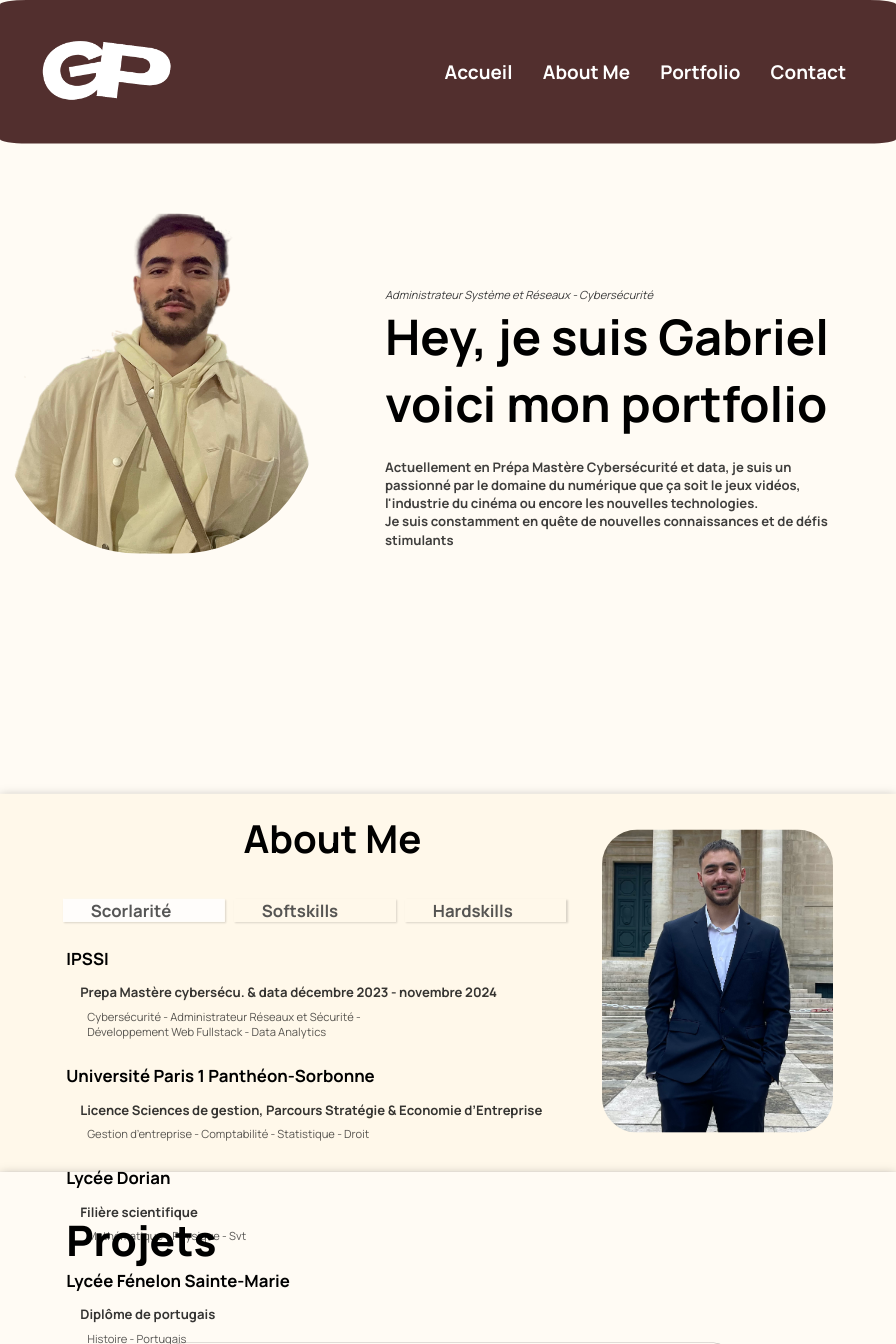
Repository: Gabtorinho25/Portfolio-Web-Site
Page: index.html
These files come from the project's save history. The page is drawn as it stood at one moment and after the next save; the edit follows.
The browser window is 1280 px wide. The pictures show the part of the page from y = 0 to 1920 px (the page is 3744 px tall), at 70% of full size.

Above is the page before, as saved 2024-04-17 16:05:28.

### index.html
<!DOCTYPE html>
<html lang="fr">
  <head>
    <meta charset="UTF-8" />
    <meta name="viewport" content="width=device-width, initial-scale=1.0" />
    <title>Portfolio de Gabriel Dos Santos</title>
    <link rel="stylesheet" href="style.css" />
    <link rel="preconnect" href="https://fonts.googleapis.com" />
    <link rel="preconnect" href="https://fonts.gstatic.com" crossorigin />
    <link
      href="https://fonts.googleapis.com/css2?family=Manrope:wght@200..800&display=swap"
      rel="stylesheet"
    />
    <link rel="icon" href="Image/Logo.png" />
    <link
      href="https://fonts.googleapis.com/css2?family=Bebas+Neue&display=swap"
      rel="stylesheet"
    />
  </head>
  <body>
    <header>
      <div class=" relative" id="header">
        <nav class="shadow-footer">
          <a href="http://127.0.0.1:5500/">
            <img class="logo white-filter-logo" src="/Image/Logo.png" alt="logo"
          /></a>
          <ul>
            <li><a href="http://127.0.0.1:5500/">Accueil</a></li>
            <li><a href="#AboutMe">About Me</a></li>
            <li><a href="#Portfolio">Portfolio</a></li>
            <li><a href="#Contact">Contact</a></li>
          </ul>
        </nav>
        <div class="PhotodeMoi">
          <img
            class="pictureofme"
            src="Image/profil-transformed.png"
            alt="Me"
          />
        </div>
        <div class="TextePresentation">
          <p class="italic">
            Administrateur Système et Réseaux - Cybersécurité
          </p>
          <h1 id="accroche">
            Hey, je suis
            <span
              class="marron hover-3"
              a
              href="https://www.linkedin.com/in/gabriel-dos-santos-59363b224/"
              >Gabriel</span
            >
            <br />
            voici mon portfolio
          </h1>
          <h3>
            Actuellement en Prépa Mastère Cybersécurité et data, je suis un
            passionné par le domaine du numérique que ça soit le jeux vidéos,
            l'industrie du cinéma ou encore les nouvelles technologies. <br />Je
            suis constamment en quête de nouvelles connaissances et de défis
            stimulants
          </h3>
        </div>
      </div>
    </header>
    <main>
      <!-- AboutMe -->
      <section id="AboutMe" class="shadow">
        <div class="row">
          <div class="colonne1">
            <h1 class="AboutMeTitre">About Me</h1>
            <div id="scolarité" class="onglet displayed" data-anim="1">
              <h2>Scorlarité</h2>
            </div>
            <div id="softskills" data-anim="2" class="onglet">
              <h2>Softskills</h2>
            </div>
            <div id="hardskills" class="onglet" data-anim="3">
              <h2>Hardskills</h2>
            </div>

            <div class="contenu displayedContenu" data-anim="1">
              <h2>IPSSI</h2>
              <h3>
                Prepa Mastère cybersécu. & data décembre 2023 - novembre 2024
              </h3>
              <p>
                Cybersécurité - Administrateur Réseaux et Sécurité -
                Développement Web Fullstack - Data Analytics
              </p>

              <h2>Université Paris 1 Panthéon-Sorbonne</h2>
              <h3>
                Licence Sciences de gestion, Parcours Stratégie & Economie
                d’Entreprise
              </h3>
              <p>Gestion d’entreprise - Comptabilité - Statistique - Droit</p>

              <h2>Lycée Dorian</h2>
              <h3>Filière scientifique</h3>
              <p>Mathématique - Physique - Svt</p>

              <h2>Lycée Fénelon Sainte-Marie</h2>
              <h3>Diplôme de portugais</h3>
              <p>Histoire - Portugais</p>
            </div>

            <div class="contenu" data-anim="2">
              <h2>- Discipline</h2>
              <h2>- Rigeur</h2>
              <h2>- Travail d'équipe</h2>
              <h2>- Motiver</h2>
              <h2>- Curieux</h2>
              <h2>- Résilient</h2>
            </div>

            <div class="contenu flex" data-anim="3">
              <div class="secu flex">
                <h2>Sécurité, réseau et télécom 🔒🌐</h2>
                <p>Wireshark</p>
                <p>Cryptographie - Fondamentaux</p>
                <p>Reverse engineering</p>
                <p>OWASP</p>
                <p>reverse engineering</p>
                <p>Cisco</p>
                <p>AWS - Architecture Cloud Computing</p>
                <p>AZURE – Déploiement de service Cloud</p>
                <p>Conteneurisation LXC et Docker</p>
                <p>Windows Server</p>
                <p>Virtualisation</p>
                <p>Virtualisation en cluster avec PROXMOX</p>
                <p>Linux</p>
              </div>
              <div class="secu flex" data-anim="3">
                <h2>Dev Fullstack 🐍💻</h2>
                <p>HTML/CSS</p>
                <p>JavaScript</p>
                <p>Python</p>
                <p>PHP</p>
                <p>SQL</p>
                <p>Node.js</p>
              </div>
            </div>
          </div>
          <div class="colonne2">
            <img id="AboutMePicture" src="Image/AboutMe.jpg" alt="AboutMe" />
          </div>
        </div>
      </section>
      <!-- Fin about me -->
      <!-- Portfolio -->
      <section id="Portfolio" class="shadow">
        <h1 class="Portfolio_titre">Projets</h1>
        <div class="slider-container slider-1">
          <div class="slider">
            <div class="FirstSlide Slide">
              <img class="projet1" src="/Image/Projet 1.PNG" alt="" />
              <h2 class="textport">Portfolio</h2>
            </div>
            <div class="SecondSlide Slide">
              <a href="/Projets/Projet_Proxmox.pdf" download=""
                ><img class="projet2" src="/Image/Proxmox.jpeg" alt=""
              /></a>
              <h2 class="textport">Infrastructure Proxmox</h2>
            </div>
            <div class="ThirdSlide Slide">
              <a href="/Projets/Projet_API.pdf" download=""
                ><img class="projet3" src="/Image/API.png" alt=""
              /></a>
              <h2 class="textport">API sécurisée</h2>
            </div>
            <div class="FirstSlide Slide">
              <img class="projet1" src="/Image/Projet 1.PNG" alt="" />
              <h2 class="textport">Portfolio</h2>
            </div>
          </div>
        </div>
      </section>
      <!-- Fin Portfolio -->
      <!-- Contact  -->
      <section id="Contact" class="shadow">
        <form class="container shadow">
          <div class="row-titre">
            <h1 id="Contact-Titre">Contact</h1>
          </div>

          <div class="row">

          </div>
          <div class="row input-container">
            <div class="col-xs-12">
              <div class="styled-input wide">
                <input type="text" required />
                <label>Votre Nom</label>
              </div>
            </div>
            <div class="col-md-6 col-sm-12">
              <div class="styled-input">
                <input type="text" required />
                <label>Email</label>
              </div>
            </div>
            <div class="col-md-6 col-sm-12">
              <div class="styled-input" style="float: right">
                <input type="text" required />
                <label>Téléphone</label>
              </div>
            </div>
            <div class="col-xs-12">
              <div class="styled-input wide">
                <textarea required></textarea>
                <label>Votre Message 😁 </label>
              </div>
            </div>
            <button class="custom-btn btn-5" type="submit" id="Send">
              Envoyer <span class="first"></span>
              <span class="second"></span>
              <span class="third"></span>
              <span class="fourth"></span>
            </button>
          </div>
        </form>
        <!-- Social Media Button -->
      </section>
    </main>
    <footer>
      <section id="Medias" >
        <div class="container-medias shadow-footer">
          <div class="center" >
            <a  class="center" href="https://www.linkedin.com/in/gabriel-dos-santos-59363b224/"><img  class="media1 white-filter" src="/Image/Linkedin.png" alt=""></a>
          </div>
          <div class="center">
            <a  class="center" href="https://github.com/Gabtorinho25"> <img class="media2 white-filter" src="/Image/git.png" alt=""></a>
          </div>
          <div class="center">
            <a  class="center" href="https://www.instagram.com/gabtorinhomamn?igsh=MXExemY5amhvMnpnZg%3D%3D&utm_source=qr"><img class="media3 white-filter" src="/Image/insta.png" alt=""></a>
          </div></a>
        </div>

      </section>
    </footer>
    <script src="js\script.js"></script>
  </body>
</html>

### style.css
* {
  margin: 0;
  padding: 0;
  font-family: "Manrope", sans-serif;
  box-sizing: border-box;
}

body {
  background-color: #fffbf4;
  color: white;
}




header {
  width: 100%;

}


.logo {
  width: 200px;
}

.profil {
  border-radius:70%;
  width: 25%;
}
.container{
    padding: 7px 7%;
}

nav {
  border-radius: 3%;
    background-color: rgba(56, 17, 17, 0.865);
    padding: 0% 4% 0% 4%;
    display: flex;
    align-items: center;
    justify-content: space-between;
    flex-wrap: wrap;

}

nav ul li{
    display: inline-block;
    list-style: none;
    margin: 10px 20px;
    align-items: center;
    justify-content: space-between;
    flex-wrap: wrap;
}


nav ul li a{
    list-style-type: none;
    color:#ffffff;
    font-family: "Manrope", sans-serif;
    font-optical-sizing: auto;
    font-size: 27px;
    font-weight:700;
    text-decoration:none;
}

a:hover{
  text-decoration: underline;
}

.flotte{
  float: left;
}

.TextePresentation p{
  color: #3f3f3f;
}

h1{
  color: black;

}

.italic{font-style: italic;}

#ParaphMe{
  width: 600px;
}
.relative{
  position: relative;

}
.pictureofme{

    width: 100%;
    z-index: -1;
     border-radius: 200px;
     top: 80px;
    right: 3%;

}
.PhotodeMoi{
  padding-top: 100px;
    width: 455px;
    height: 455px;
}

.TextePresentation{
  padding-top: 100px;
position: relative;
bottom: 350px;
width: 100%;
color: aqua;
padding-left:550px;
}

.marron{
  color: #AB7D63;
}

#accroche{
  font-size: 70px;
  color: #000000;
}

.Présentation{
  display: inline-block;
}


 /* STYLE POUR HOVER */
 .hover-3 {
  --b: 0.1em;
  --c:#AB7D63;

  color: #0000;
  padding-block: var(--b);
  background:
    linear-gradient(var(--c) 50%,#000 0) 0% calc(100% - var(--_p,0%))/100% 200%,
    linear-gradient(var(--c) 0 0) 0% var(--_p,0%)/var(--_p,0%) var(--b) no-repeat;
  -webkit-background-clip: text,padding-box;
          background-clip: text,padding-box;
  transition: .3s var(--_s,0s) linear,background-size .3s calc(.3s - var(--_s,0s));
}
.hover-3:hover {
  --_p: 100%;
  --_s: .3s;
}

.TextePresentation h3{
  padding-top: 30px;
  display: flex;
  text-align: left;
  width: 90%;
  color: #000000c0;
}

/* ABOUT ME */

#AboutMe{
  background-color:  #fff8ea;
  padding: 4% 7%;
  height: 33%;
}

.row{
  display: flex;  /* pour que les divs enfants à l'intérieur soit disposé en ligne quand elles ont assez de place */
  justify-content: space-between; /* pour qu'il est un espace entre les deux divs enfants*/
  flex-wrap: wrap;

}

#AboutMePicture{
  width: 100%;
  border-radius: 50px;
}

.colonne1 {
  width: 70%;

}
.colonne2{
width: 30%;
}

.AboutMeTitre{
  text-align: center;
  margin-bottom: 3%;
  font-size: 55px;
  position: relative;
  bottom: 25px;
}

h2 {
  color:#383837d8;
  padding-left: 40px;
}
#softskills,#hardskills,#scolarité {
  display: inline-flex;
  justify-content: left;
  width: 30%;
  margin-right: 10px;

}



.onglet{
  cursor: pointer;
  box-shadow: rgba(0, 0, 0, 0.15) 1.95px 1.95px 2.6px;
}

.contenu{
  position: absolute;
  opacity: 0;
}


.contenu p{
  width: 60%;
  text-align: left;
  justify-content: center;
  padding: 5px 0px 0px  35px  ;
  color: #000000a7;
}

.contenu h2 {
  color: #000000;
  padding: 35px 0px 15px  5px  ;

}

.contenu h3 {
  padding: 5px 0px 5px  25px  ;
  color: #000000ca;
}

.secu {
  margin-right: 10%;

}
.flex{

  width: 35%;
  display: flex;
  align-items: flex-start;

  flex-wrap: wrap;
}

/* Apparition du contenu */

.displayed{
  background-color:#ffffffcb
}

.displayedContenu
{
  flex-direction: row;
  width: 60%;
animation: fade 1s forwards;
}

@keyframes fade {

  from {
    opacity: 0;
  }
  to{
    opacity: 1;
  }
}

/* Porfolio */

#Portfolio{
  background-color: #fffbf4;
  padding: 4% 7%;
  height: 33%;

}

.Portfolio_titre{
  width: 10%;
  padding: 5px 5px ;
  font-weight: 900;
  display: flex;
  font-size: 60px;
  text-align: right;
 justify-content: left;

}

.shadow{box-shadow: rgba(0, 0, 0, 0.35) 0px 5px 15px;}
.slider-1{

  max-width: 75%;
  margin: 100px auto;
  border: 1px solid rgba(152, 145, 145, 0.581);
  border-radius: 5%;
   overflow: hidden;/*Tout ce qui dépasse est caché */
}

.slider-1 .Slide {


 flex-shrink: 0;
 width: 100%;
 flex-wrap: wrap;
 flex-direction: row;
 text-align: center;
 font-size: 50px;
  padding: 17px 0px;
}
.FirstSlide, .SecondSlide, .ThirdSlide {color: #000;}

.textport{
  background: #8d634b;
  text-align: center;
  color: #ffffff;

}

.projet1 {width: 100%;
}

.projet2{width: 58.7%; }

.projet3{width: 46.35%; }

.slider{ display: flex;
animation: slider-1 10s infinite ease-in-out;}


/* Animation du slider */
/*
   10% par transition, nombre choisi arbitrairement.

   reste divisé par nb de pauses
   70(%) / 3 = 23.33(%) par pause */


@keyframes slider-1 {
  0%,
  23.33% {
    transform: translateX(0);
  }
  33.33%,
  56.66% {
    transform: translateX(-100%);
  }
  66.66%,
  89.99% {
    transform: translateX(-200%);
  }
  100% {
    transform: translateX(-300%);
  }
}

/* Contact */

.container-formulaire{
width: 100%;
height: 33%;
background: #ffff;
display: flex;
align-items: center;/*  aligner dans la ligne la plus au milieu page */
justify-content: center; }/* aligner dans la colonne la plus au centre */


.Contact-titre{
  font-family: "Bebas Neue", sans-serif;
  font-weight: 400;
  font-style: normal;
}

.Formulaire{
  display:flex;
  flex-direction: column;
}

/* Bouton */

.frame {
  width: 90%;
  margin: 40px auto;
  text-align: center;
}
button {
  margin: 20px;
  outline: none;
}
.custom-btn {
  width: 130px;
  height: 40px;
  padding: 10px 25px;
  border: 2px solid #000;
  font-family: 'Lato', sans-serif;
  font-weight: 500;
  background: transparent;
  cursor: pointer;
  transition: all 0.3s ease;
  position: relative;
  display: inline-block;
}

.btn-5 {
  background: #000;
  color: #fff;
  line-height: 42px;
  padding: 0;
  border: none;
}
.btn-5:hover {
  background: transparent;
  color: #000;
   box-shadow:
   -7px -7px 20px 0px #fff9,
   -4px -4px 5px 0px #fff9,
   7px 7px 20px 0px #0002,
   4px 4px 5px 0px #0001;
}
.btn-5:before,
.btn-5:after{
  content:'';
  position:absolute;
  top:0;
  right:0;
  height:2px;
  width:0;
  background: #000;
  transition:400ms ease all;
}
.btn-5:after{
  right:inherit;
  top:inherit;
  left:0;
  bottom:0;
}
.btn-5:hover:before,
.btn-5:hover:after{
  width:100%;
  transition:800ms ease all;
}





/* ///// inputs /////*/

input:focus ~ label, textarea:focus ~ label, input:valid ~ label, textarea:valid ~ label {
  font-size: 0.75em;
  color: #999;
  top: -5px;
  -webkit-transition: all 0.225s ease;
  transition: all 0.225s ease;
}

.styled-input {
  float: left;
  width: 293px;
  margin: 1rem 0;
  position: relative;
  border-radius: 4px;
}

@media only screen and (max-width: 768px){
  .styled-input {
      width:100%;
  }
}

.styled-input label {
  color: #999;
  padding: 1.3rem 30px 1rem 30px;
  position: absolute;
  top: 10px;
  left: 0;
  -webkit-transition: all 0.25s ease;
  transition: all 0.25s ease;
  pointer-events: none;
}

.styled-input.wide {
  width: 650px;
  max-width: 100%;
}

input,
textarea {
  padding: 30px;
  border: 0;
  width: 100%;
  font-size: 1rem;
  background-color: #2d2d2d;
  color: white;
  border-radius: 4px;
}

input:focus,
textarea:focus { outline: 0; }

input:focus ~ span,
textarea:focus ~ span {
  width: 100%;
  -webkit-transition: all 0.075s ease;
  transition: all 0.075s ease;
}

textarea {
  width: 100%;
  min-height: 15em;
}

.input-container {
  width: 650px;
  max-width: 100%;
  margin: 20px auto 25px auto;
}

#Contact-Titre{
  font-family: 'Bebas Neue';
  font-style: normal;
  font-weight: 400;
  font-size: 70px;
  padding-top: 100px;
}



#Contact{
  display: flex;
  justify-content: center;
  align-items: center;
  background-color: #fff8ea ;
}

form{
  margin-top: 3%;
  margin-bottom: 3%;
  border-radius: 10%;
  background-color: #fefcf7;
}

.container-medias{
  border-radius: 3%;
  justify-content: center;
  display: flex;
  background-color:  rgba(56, 17, 17, 0.865)
}

.center  {
  justify-content: center;
display: flex;
align-items: center;
}
.media1{
  margin: 3%;
  width: 25%;
}

.media2{
  margin: 3%;
  width: 25%;
}
.media3{
  margin: 3%;
  width: 25%;
}

.white-filter-logo{
  filter: brightness(100); /* Convertit l'image en blanc */
}

.white-filter{
filter: invert(100);/* Convertit l'image en blanc */
}


.shadow-bandeau{
  box-shadow: rgba(0, 0, 0, 0.17) 0px -23px 25px 0px inset, rgba(0, 0, 0, 0.15) 0px -36px 30px 0px inset, rgba(0, 0, 0, 0.1) 0px -79px 40px 0px inset, rgba(0, 0, 0, 0.06) 0px 2px 1px, rgba(0, 0, 0, 0.09) 0px 4px 2px, rgba(0, 0, 0, 0.09) 0px 8px 4px, rgba(0, 0, 0, 0.09) 0px 16px 8px, rgba(0, 0, 0, 0.09) 0px 32px 16px;
}

### js/script.js
// Animation AboutMe //

// On sélectionne tous les onglets
const onglets = document.querySelectorAll(".onglet");
// On sélectionne tous les contenus
const contenu = document.querySelectorAll(".contenu");

let index = 0;

//On fait une boucle où on parcour tous les éléments du tableau onglets
//chaque élément prenne la variable 'onglet'
onglets.forEach((onglet) => {
    //a chaque fois qu'on clique on vérifie sur l'onglet où l'on a cliqué possède la class "displayed". Si l'onglet le possède on sort de la boucle et s'il ne le possède pas on ajoute la class "displayed"
  onglet.addEventListener("click", () => {
    if (onglet.classList.contains("displayed")) {
      return;
    } else {
      onglet.classList.add("displayed");
    }
    //Ici on donne à la variable index la valeur de l'élément "data-anim" de la variable onglet
    index = onglet.getAttribute("data-anim");
    console.log(index);

    //Ici on fait une boucle qui s'arrête lorsqu'on dépasse le nombre d'élément dans le tableau 'onglets'. Cette boucle va permettre de parcourir tous les 'onglet' et de prendre la valeur de l'élément "data-anim". Si la valeur est diférente de celle de l'index alors on enlève la class 'displayed'. Ceci va permettre d'afficher en couleur uniquement l'onglet sélectionné
    for (i = 0; i < onglets.length; i++) {
      if (onglets[i].getAttribute("data-anim") != index) {
        onglets[i].classList.remove("displayed");
      }
    }
    //Même raisonnement avec le contenu
    for (j = 0; j < contenu.length; j++) {
      if (contenu[j].getAttribute("data-anim") == index) {
        contenu[j].classList.add("displayedContenu");
      } else {
        contenu[j].classList.remove("displayedContenu");
      }
    }
  });
});

After the next save:
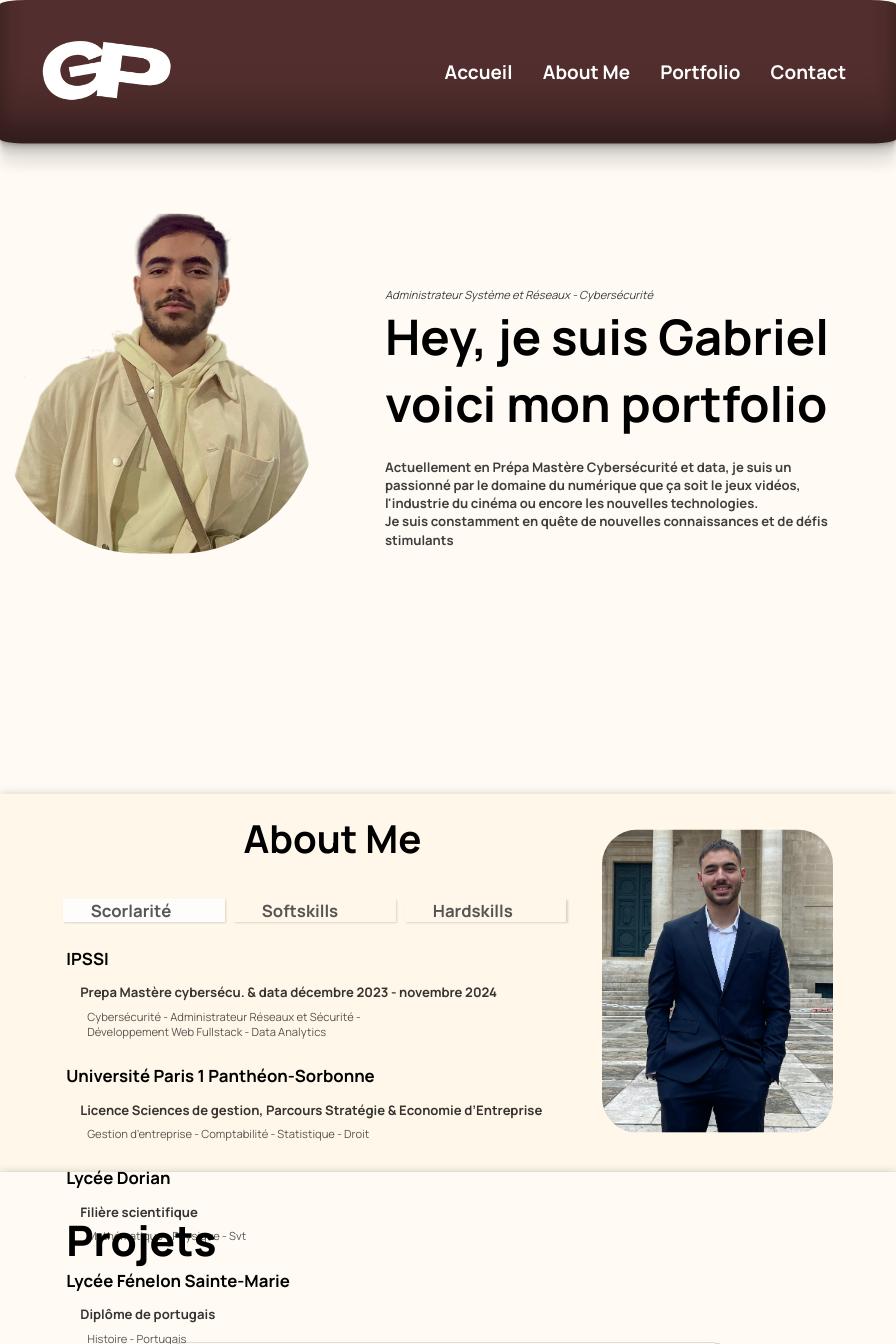
Saved 5 s later.
--- a/index.html
+++ b/index.html
@@ -20,7 +20,7 @@
   <body>
     <header>
       <div class=" relative" id="header">
-        <nav class="shadow-footer">
+        <nav class="shadow-bandeau">
           <a href="http://127.0.0.1:5500/">
             <img class="logo white-filter-logo" src="/Image/Logo.png" alt="logo"
           /></a>
